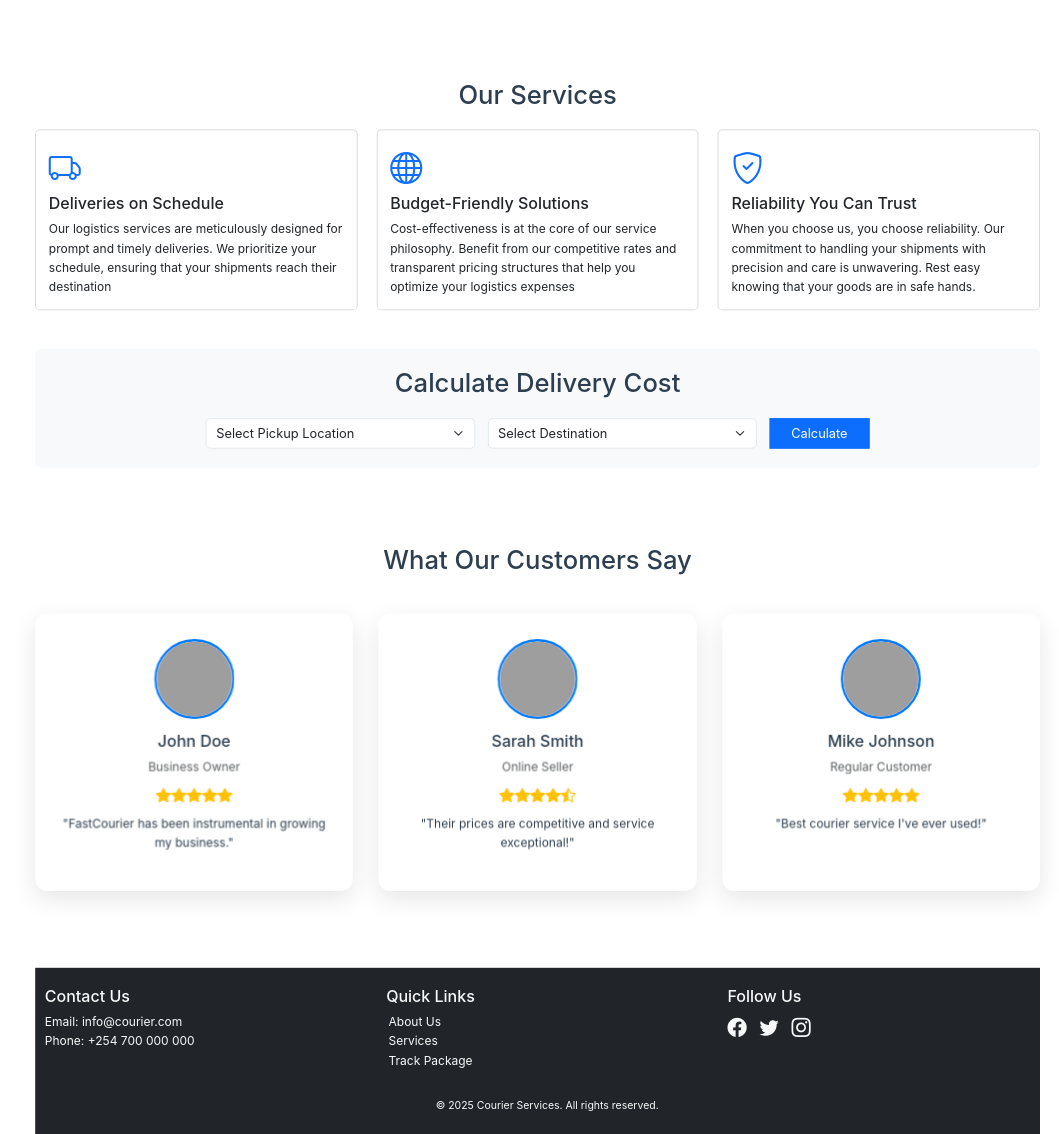
Repository: stancillous/package-yangu-logistics
Page: /
The author's editor kept a copy of each file at every save. The page is drawn from the files as they stood at one save, then again after the next save.
The browser window is 1280 px wide. The page is 1324 px wide, so the pictures cover 1324 px, including what lies to the right of the window. The pictures show the part of the page from y = 676 to 2094 px (the page is 2094 px tall before and 2030 px after), at 80% of full size.
Pictures or frames that could not be fetched are drawn as grey boxes. The project was rebuilt for these pictures with package versions that can differ from the ones it lists, and the page was loaded fresh each time. Also part of the build but not shown: vite.config.ts.

Above is the page before, as saved 2025-01-31 14:09:57.

### index.html
<!DOCTYPE html>
<html lang="">
  <head>
    <meta charset="UTF-8">
    <meta name="viewport" content="width=device-width, initial-scale=1.0">
    <link rel="icon" href="/favicon.ico">

    <!-- Bootstrap CSS -->
    <link href="https://cdn.jsdelivr.net/npm/bootstrap@5.3.0/dist/css/bootstrap.min.css" rel="stylesheet">
    <!-- Bootstrap Icons -->
    <link href="https://cdn.jsdelivr.net/npm/bootstrap-icons@1.11.1/font/bootstrap-icons.css" rel="stylesheet">

    <!-- Fonts -->

    <link rel="preconnect" href="https://fonts.googleapis.com">
    <link rel="preconnect" href="https://fonts.gstatic.com" crossorigin>
    <link href="https://fonts.googleapis.com/css2?family=Roboto:ital,wght@0,100..900;1,100..900&display=swap" rel="stylesheet">
    <title>Courier</title>

    <style>
      body{
        font-family: 'Roboto', sans-serif;
        overflow-x: hidden;
        width: 100vw;
      }

      button{
        border-radius: 0 !important;
      }

    </style>
  </head>
  <body>
    <div id="app"></div>


    <script type="module" src="/src/main.ts"></script>
    <!-- Bootstrap JS -->
    <script src="https://cdn.jsdelivr.net/npm/bootstrap@5.3.0/dist/js/bootstrap.bundle.min.js"></script>
  </body>
</html>

### src/main.ts
import './assets/main.css'

import { createApp } from 'vue'
import App from './App.vue'
import router from './router'

// import { BootstrapVue, BootstrapVueIcons } from 'bootstrap-vue'

// import 'bootstrap/dist/css/bootstrap.css'
// import 'bootstrap-vue/dist/bootstrap-vue.css'

const app = createApp(App)

// app.use(BootstrapVue)
// app.use(BootstrapVueIcons)

app.use(router)

app.mount('#app')

### src/App.vue
<script setup lang="ts">
import { RouterLink, RouterView } from 'vue-router'
import Index from './views/Index.vue'
</script>

<template>
  <div>
    <Index/>
  </div>

</template>

<style scoped>

body{
  border: 8px solid red !important;
}
</style>

### src/router/index.ts
import { createRouter, createWebHistory } from 'vue-router'
import Index from '../views/Index.vue'

const router = createRouter({
  history: createWebHistory(import.meta.env.BASE_URL),
  routes: [
    {
      path: '/',
      name: 'home',
      component: Index,
    },
    // {
    //   path: '/about',
    //   name: 'about',
    //   // route level code-splitting
    //   // this generates a separate chunk (About.[hash].js) for this route
    //   // which is lazy-loaded when the route is visited.
    //   component: () => import('../views/AboutView.vue'),
    // },
  ],
})

export default router

### src/views/Index.vue
<template>
    <div class="container">
      <nav class="navbar navbar-expand-lg navbar-light bg-white fixed-top shadow-sm">
        <div class="container">
          <a class="navbar-brand d-flex align-items-center" href="#">
            <i class="bi bi-box-seam fs-2 text-primary me-2"></i>
            <span class="fw-bold">FastCourier</span>
          </a>
          <button class="navbar-toggler" type="button" data-bs-toggle="collapse" data-bs-target="#navbarNav">
            <span class="navbar-toggler-icon"></span>
          </button>
          <div class="collapse navbar-collapse" id="navbarNav">
              <ul class="navbar-nav ms-auto">
                  <li><small class="text-uppercase"><a class="nav-link" href="#">home</a></small></li>
                  <li><small class="text-uppercase"><a class="nav-link" href="#">services</a></small></li>
                  <li><small class="text-uppercase"><a class="nav-link" href="#">about us</a></small></li>
                  <li><small class="text-uppercase"><a class="nav-link" href="#">news</a></small></li>
              </ul>
              <div class="ms-5">
                  <button class="btn btn-sm btn-outline-primary">CONTACT US</button>
              </div>
          </div>
        </div>
      </nav>

      <div class="content-wrapper">
        <div class="hero-section">
            <div class="hero-content">
                <h1 class="fw-bold  display-4">Seamless Shipping, <br> Unmatched Care</h1>
                <p class="card-text">Delivering Convenience with Every Shipment. Enjoy smooth logistics and outstanding customer service backed by our commitment to excellence.</p>
                <button class="btn btn-sm btn-light px-4 py-2 text-primary">Get Started</button>
            </div>
        </div>


        <!-- Services Section -->
        <div style="padding-top: 700px;" class="">
          <h2 class="text-center mb-4">Our Services</h2>
          <div class="row g-4">
            <div class="col-md-4">
              <div class="card h-100">
                <div class="card-body">
                  <i class="bi bi-truck fs-1 text-primary mb-3"></i>
                  <h5 class="card-title">Deliveries on Schedule</h5>
                  <p class="card-text">Our logistics services are meticulously designed for prompt and timely deliveries. We prioritize your schedule, ensuring that your shipments reach their destination</p>
                </div>
              </div>
            </div>
            <div class="col-md-4">
              <div class="card h-100">
                <div class="card-body">
                  <i class="bi bi-globe fs-1 text-primary mb-3"></i>
                  <h5 class="card-title">Budget-Friendly Solutions</h5>
                  <p class="card-text">Cost-effectiveness is at the core of our service philosophy. Benefit from our competitive rates and transparent pricing structures that help you optimize your logistics expenses</p>
                </div>
              </div>
            </div>
            <div class="col-md-4">
              <div class="card h-100">
                <div class="card-body">
                  <i class="bi bi-shield-check fs-1 text-primary mb-3"></i>
                  <h5 class="card-title">Reliability You Can Trust</h5>
                  <p class="card-text">When you choose us, you choose reliability. Our commitment to handling your shipments with precision and care is unwavering. Rest easy knowing that your goods are in safe hands.</p>
                </div>
              </div>
            </div>
          </div>
        </div>

        <!-- Delivery Calculator -->
        <div class="calculator-section my-5 py-4 bg-light rounded">
          <h2 class="text-center mb-4">Calculate Delivery Cost</h2>
          <div class="row justify-content-center">
            <div class="col-md-8">
              <div class="row g-3">
                <div class="col-md-5">
                  <select v-model="pickup" class="form-select">
                    <option value="" disabled selected>Select Pickup Location</option>
                    <option value="nairobi">Nairobi</option>
                    <option value="mombasa">Mombasa</option>
                    <option value="kisumu">Kisumu</option>
                    <option value="nakuru">Nakuru</option>
                    <option value="eldoret">Eldoret</option>
                  </select>
                </div>
                <div class="col-md-5">
                  <select v-model="destination" class="form-select">
                    <option value="" disabled selected>Select Destination</option>
                    <option value="nairobi">Nairobi</option>
                    <option value="mombasa">Mombasa</option>
                    <option value="kisumu">Kisumu</option>
                    <option value="nakuru">Nakuru</option>
                    <option value="eldoret">Eldoret</option>
                  </select>
                </div>
                <div class="col-md-2">
                  <button @click="calculatePrice" class="btn btn-primary w-100">Calculate</button>
                </div>
              </div>
              <div v-if="price" class="mt-4 text-center">
                <h4>Estimated Cost: KES {{ price }}</h4>
              </div>
            </div>
          </div>
        </div>

        <!-- Reviews Section -->
        <div class="reviews-section my-5 py-5">
          <h2 class="text-center mb-5">What Our Customers Say</h2>
          <div class="reviews-grid">
            <div class="review-card">
              <div class="review-image">
                <img src="https://randomuser.me/api/portraits/men/32.jpg" alt="John Doe">
              </div>
              <h5 class="mt-3">John Doe</h5>
              <p class="text-muted mb-2">Business Owner</p>
              <div class="rating mb-2">
                <i class="bi bi-star-fill text-warning"></i>
                <i class="bi bi-star-fill text-warning"></i>
                <i class="bi bi-star-fill text-warning"></i>
                <i class="bi bi-star-fill text-warning"></i>
                <i class="bi bi-star-fill text-warning"></i>
              </div>
              <p>"FastCourier has been instrumental in growing my business."</p>
            </div>

            <div class="review-card">
              <div class="review-image">
                <img src="https://randomuser.me/api/portraits/women/44.jpg" alt="Sarah Smith">
              </div>
              <h5 class="mt-3">Sarah Smith</h5>
              <p class="text-muted mb-2">Online Seller</p>
              <div class="rating mb-2">
                <i class="bi bi-star-fill text-warning"></i>
                <i class="bi bi-star-fill text-warning"></i>
                <i class="bi bi-star-fill text-warning"></i>
                <i class="bi bi-star-fill text-warning"></i>
                <i class="bi bi-star-half text-warning"></i>
              </div>
              <p>"Their prices are competitive and service exceptional!"</p>
            </div>

            <div class="review-card">
              <div class="review-image">
                <img src="https://randomuser.me/api/portraits/men/67.jpg" alt="Mike Johnson">
              </div>
              <h5 class="mt-3">Mike Johnson</h5>
              <p class="text-muted mb-2">Regular Customer</p>
              <div class="rating mb-2">
                <i class="bi bi-star-fill text-warning"></i>
                <i class="bi bi-star-fill text-warning"></i>
                <i class="bi bi-star-fill text-warning"></i>
                <i class="bi bi-star-fill text-warning"></i>
                <i class="bi bi-star-fill text-warning"></i>
              </div>
              <p>"Best courier service I've ever used!"</p>
            </div>
          </div>
        </div>

        <!-- Footer -->
        <footer class="bg-dark text-light py-4 mt-5">
          <div class="container">
            <div class="row">
              <div class="col-md-4">
                <h5>Contact Us</h5>
                <p>Email: info@courier.com<br>
                   Phone: +254 700 000 000</p>
              </div>
              <div class="col-md-4">
                <h5>Quick Links</h5>
                <ul class="list-unstyled">
                  <li><a href="#" class="text-light">About Us</a></li>
                  <li><a href="#" class="text-light">Services</a></li>
                  <li><a href="#" class="text-light">Track Package</a></li>
                </ul>
              </div>
              <div class="col-md-4">
                <h5>Follow Us</h5>
                <div class="fs-4">
                  <i class="bi bi-facebook me-3"></i>
                  <i class="bi bi-twitter me-3"></i>
                  <i class="bi bi-instagram"></i>
                </div>
              </div>
            </div>
            <div class="text-center mt-3">
              <small>&copy; 2025 Courier Services. All rights reserved.</small>
            </div>
          </div>
        </footer>
      </div>
    </div>
  </template>

  <script>
  export default {
    name: 'Index',
    data() {
      return {
        pickup: '',
        destination: '',
        price: null
      }
    },
    methods: {
      calculatePrice() {
        if (this.pickup && this.destination) {
          // Generate a random price between 1000 and 5000
          this.price = Math.floor(Math.random() * (5000 - 1000 + 1)) + 1000;
        }
      }
    }
  }
  </script>

  <style scoped>

.hero-section {
    position: absolute;
    left: 0;
  width: 100vw;
  height: 600px;
  background-image: url('https://images.unsplash.com/photo-1578575437130-527eed3abbec');
  background-size: cover;
  background-position: center;
  /* position: relative; */
  display: flex;
  align-items: center;
  justify-content: center;
  color: white;
  margin-left: calc(-50vw + 50%);
  margin-right: calc(-50vw + 50%);
}

.hero-section::before {
  content: '';
  position: absolute;
  top: 0;
  left: 0;
  width: 100%;
  height: 100%;
  background: rgba(0, 0, 0, 0.6);
}

.hero-content {
  position: relative;
  z-index: 2;
  max-width: 800px;
  text-align: left;
  padding: 0 1rem;
}

  button{
    border-radius: 0 !important;
  }
  .container {
      width: 100vw;
      max-width: 1500px;
      margin: auto;
  }

  .content-wrapper {
      margin-top: 76px;
  }

  .carousel-caption {
    background: rgba(0, 0, 0, 0.5);
    padding: 2rem;
    border-radius: 10px;
  }

  .card {
    transition: transform 0.3s;
  }

  .card:hover {
    transform: translateY(-5px);
  }

  .reviews-grid {
      display: grid;
      grid-template-columns: repeat(auto-fit, minmax(300px, 1fr));
      gap: 2rem;
      perspective: 1000px;
  }

  .review-card {
      background: white;
      border-radius: 15px;
      padding: 2rem;
      text-align: center;
      box-shadow: 0 10px 30px rgba(0, 0, 0, 0.1);
      transition: transform 0.5s;
      transform-style: preserve-3d;
  }

  .review-card:hover {
      transform: translateZ(20px) rotateX(5deg);
  }

  .review-image {
      width: 100px;
      height: 100px;
      margin: 0 auto;
      border-radius: 50%;
      overflow: hidden;
      border: 3px solid #007bff;
  }

  .review-image img {
      width: 100%;
      height: 100%;
      object-fit: cover;
  }

  .rating {
      font-size: 1.2rem;
  }

  @media (max-width: 768px) {
      .reviews-grid {
          grid-template-columns: 1fr;
      }
  }
  </style>

Loaded but not shown: src/assets/main.css (common file); src/assets/base.css (common file)

After the next save:
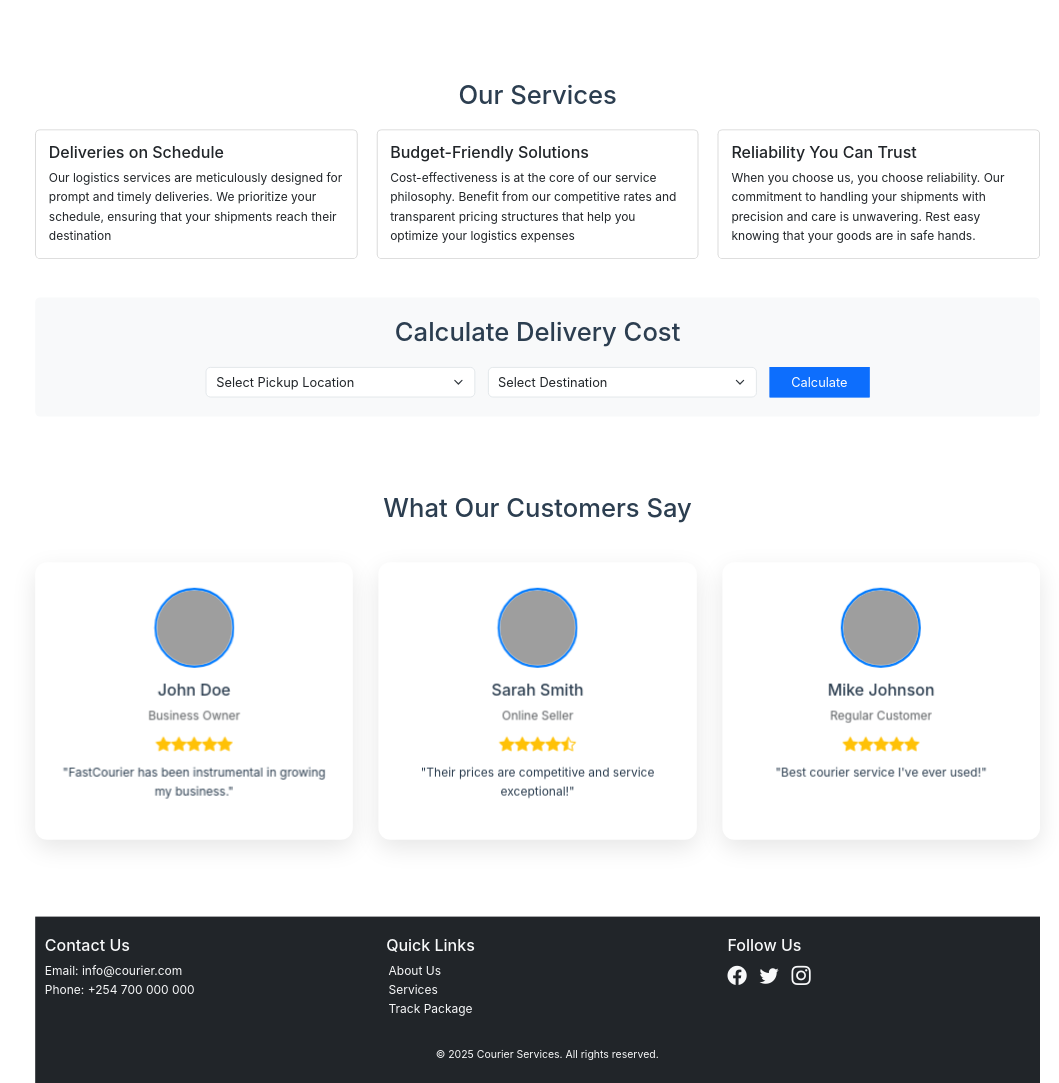
Saved 20 s later.
--- a/src/views/Index.vue
+++ b/src/views/Index.vue
@@ -40,7 +40,7 @@
             <div class="col-md-4">
               <div class="card h-100">
                 <div class="card-body">
-                  <i class="bi bi-truck fs-1 text-primary mb-3"></i>
+                  <!-- <i class="bi bi-truck fs-1 text-primary mb-3"></i> -->
                   <h5 class="card-title">Deliveries on Schedule</h5>
                   <p class="card-text">Our logistics services are meticulously designed for prompt and timely deliveries. We prioritize your schedule, ensuring that your shipments reach their destination</p>
                 </div>
@@ -49,7 +49,7 @@
             <div class="col-md-4">
               <div class="card h-100">
                 <div class="card-body">
-                  <i class="bi bi-globe fs-1 text-primary mb-3"></i>
+                  <!-- <i class="bi bi-globe fs-1 text-primary mb-3"></i> -->
                   <h5 class="card-title">Budget-Friendly Solutions</h5>
                   <p class="card-text">Cost-effectiveness is at the core of our service philosophy. Benefit from our competitive rates and transparent pricing structures that help you optimize your logistics expenses</p>
                 </div>
@@ -58,7 +58,7 @@
             <div class="col-md-4">
               <div class="card h-100">
                 <div class="card-body">
-                  <i class="bi bi-shield-check fs-1 text-primary mb-3"></i>
+                  <!-- <i class="bi bi-shield-check fs-1 text-primary mb-3"></i> -->
                   <h5 class="card-title">Reliability You Can Trust</h5>
                   <p class="card-text">When you choose us, you choose reliability. Our commitment to handling your shipments with precision and care is unwavering. Rest easy knowing that your goods are in safe hands.</p>
                 </div>
